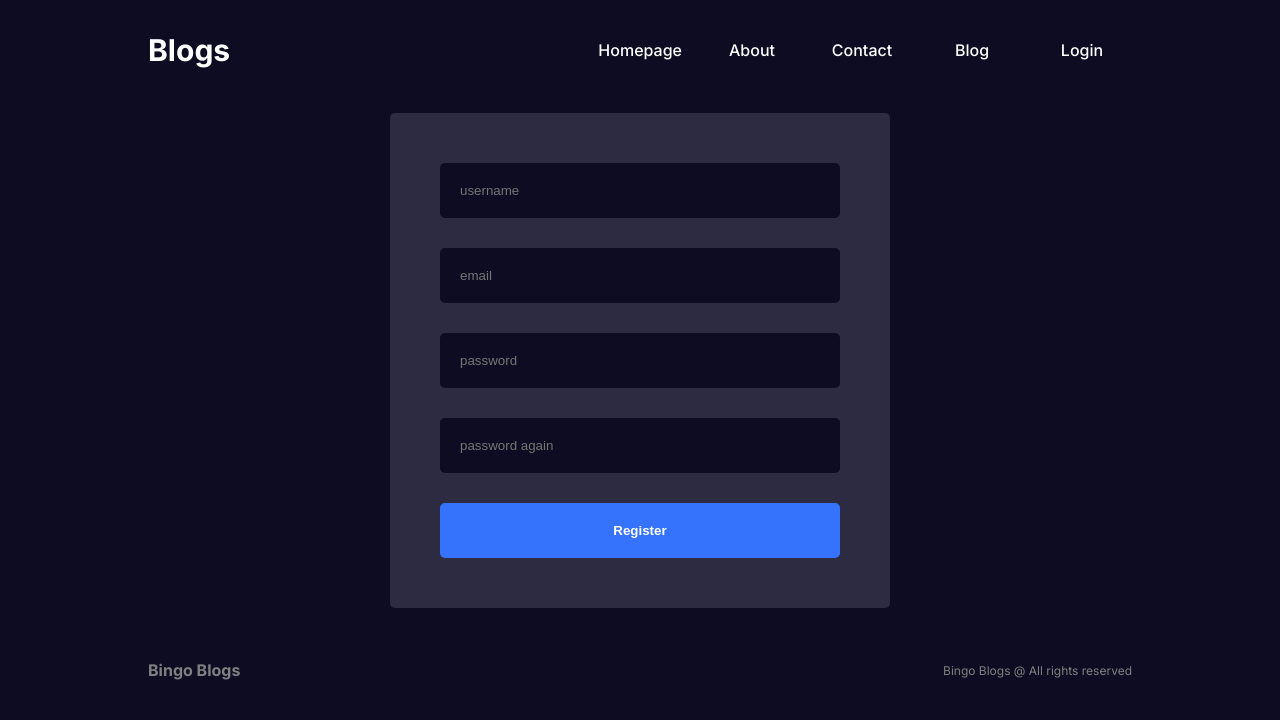
Repository: Kisho14/Blog-Post-Next.js
Page: /register
The author's editor kept a copy of each file at every save. The page is drawn from the files as they stood at one save, then again after the next save.
The browser window is 1280 px wide. The pictures show the whole page.
The page's requests for data from a server got no answer. The project was rebuilt for these pictures with package versions that can differ from the ones it lists, and the page was loaded fresh each time. The framework's server and built-in components were replaced by stand-ins that run in the browser. No one was signed in, and anything a server would have sent is missing. Also part of the build but not shown: next.config.mjs. Imported but missing from the stored project, and not drawn on this page: src/lib/models.

Above is the page before, as saved 2024-04-08 15:38:15.

### src/app/layout.js
import { Inter } from "next/font/google";
import "./globals.css";
import Navbar from "@/components/navbar/Navbar";
import Footer from "@/components/footer/Footer";

const inter = Inter({ subsets: ["latin"] });

export const metadata = {
  title: {
    default: "Bingo Blog Homepage",
      template:"%s | Bingo Blog"
  },
  description: "Created and developed by Kishore Dev",
};

export default function RootLayout({ children }) {
  return (
    <html lang="en">
      <body className={inter.className}>
        <div className="container">
          <Navbar />
          {children}
          <Footer />
        </div>
      </body>
    </html>
  );
}

### src/app/(auth)/register/page.jsx
import React from "react";
import styles from "./register.module.css";
import RegisterForm from "@/components/registerForm/RegisterForm";

const RegisterPage = () => {
  return (
    <div className={styles.container}>
      <div className={styles.wrapper}>

        <RegisterForm />
      </div>
    </div>
  );
};

export default RegisterPage;

### src/app/globals.css
/* @tailwind base;
@tailwind components;
@tailwind utilities; */

/* we can use these variable in any component or page */
:root {
  --bg: #0d0c22;
  --bgSoft: #2d2b42;
  --text: white;
  --textSoft: #e5e5e5;
  --btn: #3673fd;
}

* {
  margin: 0;
  padding: 0;
  box-sizing: border-box;
}

body {
  background-color: var(--bg);
  color: var(--text);
}

a {
  text-decoration: none;
  color: inherit;
}

.container {
  /* background-color: purple; */
  width: 1326px;
  margin: auto;
  padding-left: 50px;
  padding-right: 50px;
  min-height: 100vh;
  display: flex;
  flex-direction: column;
  justify-content: space-between;
}

@media (max-width: 1326px) {
  .container {
    width: 1280px;
  }
}
@media (max-width: 1280px) {
  .container {
    width: 1024px;
    padding-left: 20px;
    padding-right: 20px;
  }
}
@media (max-width: 1024px) {
  .container {
    width: 768px;
  }
}
@media (max-width: 768px) {
  .container {
    width: 640px;
  }
}
@media (max-width: 640px) {
  .container {
    width: 475px;
  }
}
@media (max-width: 475px) {
  .container {
    width: 380px;
  }
}

### src/components/navbar/Navbar.jsx
import Link from "next/link";
import React from "react";
import Links from "./links/Links";
import styles from "./navbar.module.css"
import { auth } from "@/lib/auth";

const Navbar = async () => {

const session = await auth();

// console.log(session)

  return (
    <div className={styles.container}>
      <Link href="/" className={styles.logo}>Blogs</Link>
      <div>
        <Links session={session}/>
      </div>
    </div>
  );
};

export default Navbar;

### src/components/footer/Footer.jsx
import React from 'react'
import styles from './footer.module.css'

const Footer = () => {
  return (
    <div className={styles.container}>
      <div className={styles.logo}>Bingo Blogs</div>
      <div className={styles.text}>Bingo Blogs @ All rights reserved</div>
    </div>
  )
}

export default Footer

### src/app/(auth)/register/register.module.css
.container {
  display: flex;
  align-items: center;
  justify-content: center;
}

.wrapper {
  width: 500px;
  background-color: var(--bgSoft);
  padding: 50px;
  display: flex;
  flex-direction: column;
  text-align: center;
  gap: 30px;
  border-radius: 5px;
}

### src/components/registerForm/RegisterForm.jsx
import React from "react";
import styles from "./registerForm.module.css";
import { register } from "@/lib/action";
import { useFormState } from "react-dom";

const RegisterForm = () => {
    const [state, formAction] = useFormState(register, undefined);

  return (
    <form className={styles.form} action={formAction}>
      <input type="text" placeholder="username" name="username" />
      <input type="email" placeholder="email" name="email" />
      <input type="password" placeholder="password" name="password" />
      <input
        type="password"
        placeholder="password again"
        name="passwordRepeat"
      />
      <button>Register</button>
    </form>
  );
};

export default RegisterForm;

### src/components/navbar/links/Links.jsx
"use client";
import React, { useState } from "react";
import styles from "./links.module.css";
import NavLink from "./navLink/navLink";
import Image from "next/image";
import { handleLogout } from "@/lib/action";

const links = [
  {
    title: "Homepage",
    path: "/",
  },
  {
    title: "About",
    path: "/about",
  },
  {
    title: "Contact",
    path: "/contact",
  },
  {
    title: "Blog",
    path: "/blog",
  },
];

const Links = ({session}) => {
  const [open, setOpen] = useState(false);

  // TEMPORARY
  const isAdmin = true;

  return (
    <div className={styles.container}>
      <div className={styles.links}>
        {links.map((link) => (
          <NavLink link={link} key={link.title} />
        ))}
        {session?.user ? (
          <>
            {session.user?.isAdmin && <NavLink link={{ title: "Admin", path: "/admin" }} />}
            <form action={handleLogout}>
              <button className={styles.logout}>Logout</button>
            </form>
          </>
        ) : (
          <NavLink link={{ title: "Login", path: "/login" }} />
        )}
      </div>
      <Image
        className={styles.menuButton}
        src="/menu.png"
        alt=""
        width={30}
        height={30}
        onClick={() => setOpen((prev) => !prev)}
      />
      {open && (
        <div className={styles.mobileLinks}>
          {links.map((link) => (
            <NavLink link={link} key={link.title} />
          ))}
        </div>
      )}
    </div>
  );
};

export default Links;

### src/components/navbar/navbar.module.css
.container{
    height: 100px;
    display: flex;
    align-items: center;
    justify-content: space-between;
}

.logo{
    font-size: 30px;
    font-weight: bold;
    padding-right: 20px;
}

### src/lib/auth.js
import NextAuth from "next-auth";
import GitHub from "next-auth/providers/github";
import CredentialsProvider from "next-auth/providers/credentials";
import { connectToDb } from "./utils";
import { User } from "./models";
import bcrypt from "bcrypt";

const login = async (credentials) => {
  try {
    connectToDb();
    const user = await User.findOne({ username: credentials.username });

    if (!user) {
      return "User not found";
    }
    const isPasswordCorrect = await bcrypt.compare(
      credentials.password,
      user.password
    );

    if (!isPasswordCorrect) {
      throw new Error("Wrong credentials!");
    }

    return user;
  } catch (err) {
    console.log(err);
    throw new Error("Failed to login");
  }
};

export const {
  handlers: { GET, POST },
  auth,
  signIn,
  signOut,
} = NextAuth({
  providers: [
    // Using this provider we can create the user session
    GitHub({
      clientId: process.env.GITHUB_ID,
      clientSecret: process.env.GITHUB_SECRET,
    }),
    CredentialsProvider({
      async authorize(credentials) {
        console.log("Hey there!")
        try {
          const user = await login(credentials)
          return user;
        } catch (err) {
          return null;
        }
      },
    }),
  ],
  callbacks: {
    async signIn({ user, account, profile }) {
      // console.log(profile)
      if (account.provider === "github") {
        connectToDb();
        try {
          const user = await User.findOne({ email: profile.email });

          if (!user) {
            const newUser = new User({
              username: profile.login,
              email: profile.email,
              img: profile.avatar_url,
            });

            await newUser.save();
          }
        } catch (err) {
          console.log(err);
          return false;
        }
      }
      return true;
    },
  },
});

### src/components/footer/footer.module.css
.container{
    height: 100px;
    display: flex;
    align-items: center;
    justify-content: space-between;
    color: gray;
}

.logo{
    font-weight: bold;
}

.text{
    font-size: 12px;
}

@media (max-width:768px){
    .container{
        flex-direction: column;
        align-items: center;
        justify-content: space-around;
    }
}

### src/components/registerForm/registerForm.module.css
.form {
    display: flex;
    flex-direction: column;
    text-align: center;
    gap: 30px;
  }

  .form input {
    padding: 20px;
    background-color: var(--bg);
    color: var(--text);
    border: none;
    border-radius: 5px;
  }

  .form button {
    padding: 20px;
    cursor: pointer;
    background-color: var(--btn);
    color: var(--textColor);
    font-weight: bold;
    border: none;
    border-radius: 5px;
  }

### src/lib/action.js
"use server";
import { revalidatePath } from "next/cache";
import { Post, User } from "./models";
import { connectToDb } from "./utils";
import { signIn, signOut } from "./auth";
import bcrypt from "bcrypt";

export const addPost = async (formData) => {
  // const title = formData.get("title")
  // const desc = formData.get("desc")
  // const slug = formData.get("slug")
  // const userId = formData.get("userId")

  const { title, desc, slug, userId } = Object.fromEntries(formData);

  try {
    connectToDb();
    const newPost = new Post({
      title,
      desc,
      slug,
      userId,
    });

    await newPost.save();
    console.log("saved to db");
    //The cache is invalid only when this path is accessed.
    revalidatePath("/blog");
  } catch (err) {
    console.log(err);
    return { error: "Something went wrong" };
  }
};

export const deletePost = async (formData) => {
  const { id } = Object.fromEntries(formData);

  try {
    connectToDb();
    await Post.findByIdAndDelete(id);
    console.log("deleted from db");
    //The cache is invalid only when this path is accessed. and data's are refreshed.
    revalidatePath("/blog");
  } catch (err) {
    console.log(err);
    return { error: "Something went wrong" };
  }
};

export const handleGithubLogin = async () => {
  "use server";
  await signIn("github");
};

export const handleLogout = async () => {
  "use server";
  await signOut();
};

export const register = async (fromData) => {
  const { username, email, password, passwordRepeat } =
    Object.fromEntries(fromData);

  if (password !== passwordRepeat) {
    return { error: "Passwords do not match" };
  }

  try {
    connectToDb();

    const user = await User.findOne({ username: username });

    if (user) {
      return { error: "Username already exists" };
    }

    // Encrypting the password using bcrypt
    const salt = await bcrypt.genSalt(10);
    const hashedPassword = await bcrypt.hash(password, salt);

    const newUser = new User({
      username,
      email,
      password: hashedPassword,
    });

    await newUser.save();
    console.log("User saved to the database");

    return { success: true };
  } catch (err) {
    console.log(err);
    return { error: "Something went wrong" };
  }
};

export const login = async (fromData) => {
  const { username, password } = Object.fromEntries(fromData);

  try {
    await signIn("credentials", { username, password });
  } catch (err) {
    console.log(err);
    return { error: "Something went wrong" };
  }
};

### src/components/navbar/links/links.module.css
.links {
  display: flex;
  align-items: center;
  gap: 10px;
}

.logout {
  padding: 10px;
  cursor: pointer;
  font-weight: bold;
}

.menuButton,
.mobileLinks {
  display: none;
}

@media (max-width: 768px) {
  .links {
    display: none;
  }

  .menuButton {
    display: block;
    cursor: pointer;
  }

  .mobileLinks {
    position: absolute;
    top: 100px;
    right: 0;
    width: 50%;
    height: calc(100vh - 100px);
    background-color: var(--bg);
    display: flex;
    flex-direction: column;
    align-items: center;
    justify-content: center;
    gap: 10px;
  }
}

### src/components/navbar/links/navLink/navLink.jsx
"use client";
import React from "react";
import styles from "./navLink.module.css";
import Link from "next/link";
import { usePathname } from "next/navigation";

const NavLink = ({ link }) => {
  // It is used to get the path name from the url
  const pathName = usePathname();

  return (
    <Link
      href={link.path}
      className={`${styles.container} ${
        pathName === link.path && styles.active
      }`}
    >
      {link.title}
    </Link>
  );
};

export default NavLink;

### src/lib/utils.js
const { default: mongoose } = require("mongoose");

// If we are working in dev mode, whenever we refresh our application it will create a new connection to db.
const connection = {
    isConnected: false,
};

export const connectToDb = async () => {
  try {
    if(connection.isConnected){
        console.log("Using existing connection")
        return;
    }
    const db = await mongoose.connect(process.env.MONGO);
    connection.isConnected = db.connections[0].readyState;
  } catch (error) {
    console.error(error)
    // handleError(error);
  }
};

Loaded but not shown: src/components/navbar/links/navLink/navLink.module.css (common file); tailwind.config.js (common file)

After the next save:
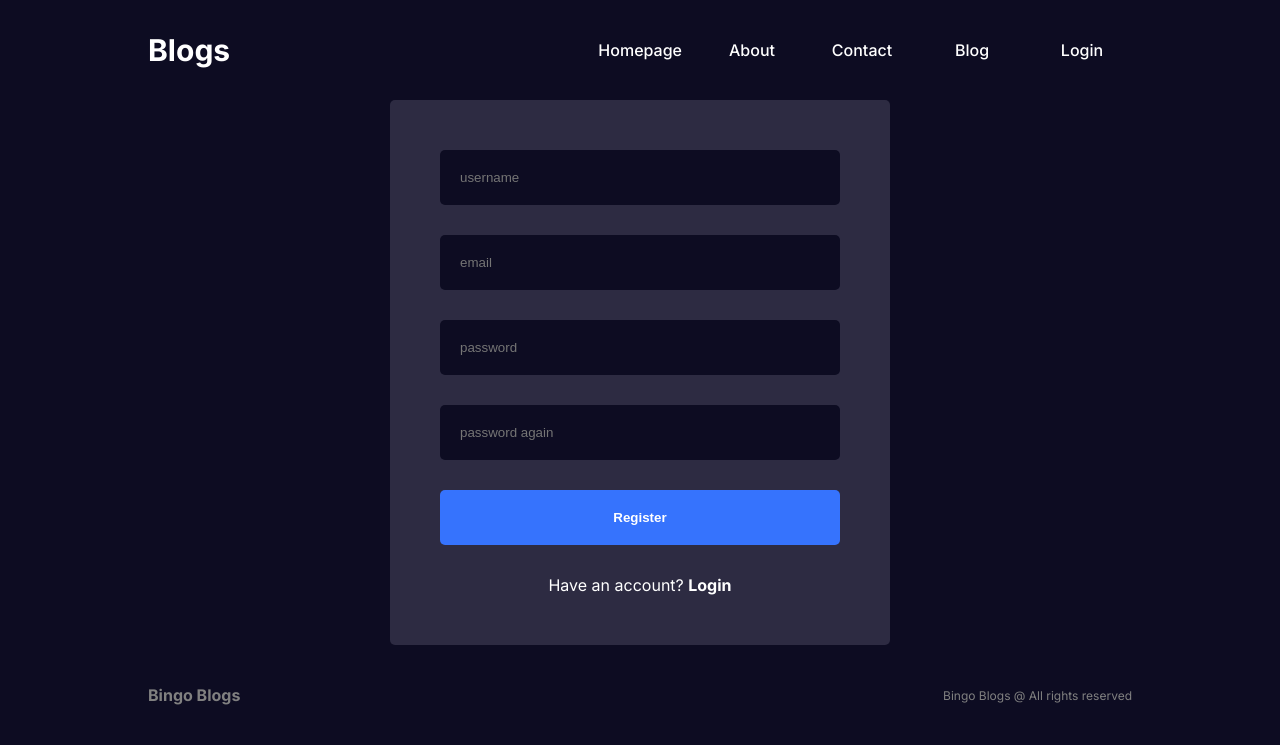
Saved 2 min 31 s later.
--- a/src/components/registerForm/RegisterForm.jsx
+++ b/src/components/registerForm/RegisterForm.jsx
@@ -2,6 +2,7 @@ import React from "react";
 import styles from "./registerForm.module.css";
 import { register } from "@/lib/action";
 import { useFormState } from "react-dom";
+import Link from "next/link";
 
 const RegisterForm = () => {
     const [state, formAction] = useFormState(register, undefined);
@@ -17,6 +18,8 @@ const RegisterForm = () => {
         name="passwordRepeat"
       />
       <button>Register</button>
+      {state?.error}
+      <Link href='/login'>Have an account? <b>Login</b></Link>
     </form>
   );
 };
